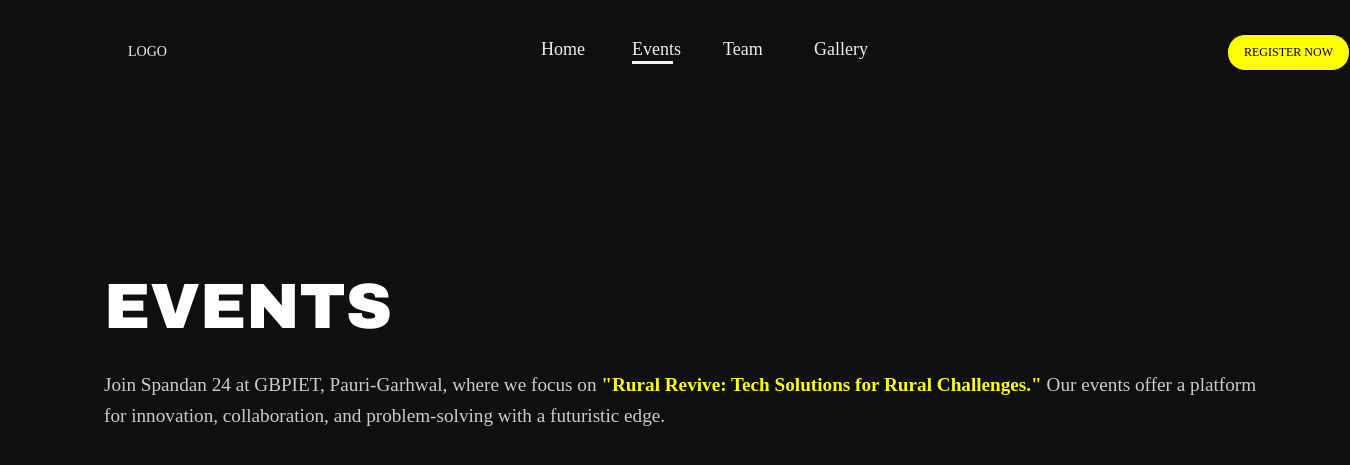
Repository: s4bbi/spandan-3.0
Page: /
The author's editor kept a copy of each file at every save. The page is drawn from the files as they stood at one save, then again after the next save.
The browser window is 1280 px wide. The page is 1350 px wide, so the pictures cover 1350 px, including what lies to the right of the window. The pictures show the whole page.
The project was rebuilt for these pictures with package versions that can differ from the ones it lists, and the page was loaded fresh each time. Also part of the build but not shown: vite.config.js, src/pages/Events/Events.jsx.

Above is the page before, as saved 2024-11-02 02:29:45.

### src/App.jsx
import React from 'react'
import Navbar from './components/Navbar/Navbar'
import { Route, Routes } from 'react-router-dom'
import Home from  './pages/Home/Home'
import Events from  './pages/Events/Events'


const App = () => {
  return (
    <div className='app'>
      <Navbar/>
      { <Routes>
        <Route path="/" element={<Home />} />
        <Route path="Events" element={<Events />} />
      </Routes> }
    </div>
  )
}

export default App

### src/components/Navbar/Navbar.jsx
import React, {useState} from 'react'
import './Navbar.css'
// import {assets} from'../../assets/assets'
const Navbar = () => {

  const [menu,setMenu] = useState("Events");
  return (
    <div className='navbar'>
        <h1 className="logo">LOGO</h1>
        <ul className="navbar-menu">
            <li onClick={()=>setMenu("Home")} className={menu=="Home"?"active":""}>Home</li>
            <li onClick={()=>setMenu("Events")} className={menu=="Events"?"active":""}>Events</li>
            <li onClick={()=>setMenu("Team")} className={menu=="Team"?"active":""}>Team</li>
            <li onClick={()=>setMenu("Gallery")} className={menu=="Gallery"?"active":""}>Gallery</li>
        </ul>


        <button>REGISTER NOW</button>
     </div>

  )
}

export default Navbar

### src/pages/Home/Home.jsx
import React from 'react'
import HeroSection from '../../components/HeroSection/HeroSection'

const Home = () => {
  return (
    <div>
      {<HeroSection/>}
    </div>
  )
}

export default Home

### src/components/Navbar/Navbar.css
.navbar{
    width: 1222px;
    height: 37px;
    margin-top: 34px;
    margin-left: 128px;
    border-radius: 20px 0px 0px 0px;
    display: flex;
    justify-content: space-between;
    align-items: center;
}

.logo{
    width: 41px;
    height: 17px;
    font-family: Gilroy-Light;
    font-size: 14px;
    font-weight: 400;
    line-height: 16.8px;
    text-align: left;
    color:#F0F0F0;
   }

.navbar-menu{
    display:flex;
    list-style:none;
    gap:50px;
    color:#F0F0F0;
    ;
   }

.navbar button{
    background:transparent;
    font-size: 12px;
    background-color:#FFFF00;
    font-family: Gilroy-SemiBold;
    border: 1px solid #010101;
    ;
    padding: 10px 16px 10px 16px;
    border-radius: 18px 18px 18px 18px;
    cursor: pointer;}
    /* transition: 0.3s; */
    /* width: Hug (132px)px; */
 /* height: Hug (37px)px;
top: 34px;
left: 1218px;
padding: 10px 16px 10px 16px;
} */

  .navbar button:hover{
    background-color:#FFFFFF;
    color: #e74c3c;
    }

  /* .navbar .active{
    padding-bottom: 3px;
    border-bottom: 3px solid #49557e;
}   */

.navbar .active {
    padding-bottom: 3px;
    border-bottom: 3px solid #F0F0F0;}
.navbar li{
    cursor: pointer;
    width: 41px;
    height: 17px;
    font-family: Gilroy-SemiBold;
    font-size: 18px;
    font-weight: 400;
    line-height: 17.15px;
    text-align: left;
}

### src/components/HeroSection/HeroSection.jsx
import React from 'react'
import "./HeroSection.css";
// import roboticHandImage from "../assets/eventsHand.webp";




const HeroSection = () => {
  return (
    <div>
      <section className="hero">
      <div className="hero-text">
        <h1 className="hero-title">EVENTS</h1>
        <p className="hero-description">
          Join Spandan 24 at GBPIET, Pauri-Garhwal, where we focus on <span className="highlight">"Rural Revive: Tech Solutions for Rural Challenges."</span> Our events offer a platform for innovation, collaboration, and problem-solving with a futuristic edge.
        </p>
      </div>
      {/* <img src={roboticHandImage} alt="Robotic Hand" className="hero-image" /> */}
    </section>
    </div>
  )
}

export default HeroSection

### src/components/HeroSection/HeroSection.css
.hero {
    display: flex;
    align-items: center;
    justify-content: space-between;
    /* padding-top: 50px;
    max-width: 1200px;
    margin: 192px; */
  }

  .hero-text {
    /* width: 50%; */
    color: white;
    padding-left: 104px;
  }

  .hero-title {
    width: 339px;
    height: 87px;
    padding-top: 192px;
    font-family: Mooner;
font-size: 72px;
font-weight: 400;
line-height: 87.19px;
text-align: left;

    font-size: 4em;
    margin: 0;
    font-family: 'Arial Black', sans-serif;
  }

  .hero-description {
    margin-top: 20px;
    font-size: 1.2em;
    line-height: 1.6;
    color: #ccc;
  }

  .highlight {
    color: yellow;
    font-weight: bold;
  }

  .hero-image {
    width: 45%;
    max-width: 500px;
    height: auto;
  }

### public/style.css
*{
    margin:0px;
    padding:0px;
}

body{
    background-color: #0f0f0f;
}

Loaded but not shown: index.html (common file); src/main.jsx (common file); src/pages/Events/Events.css (no stored copy; drawn as an empty file)

After the next save:
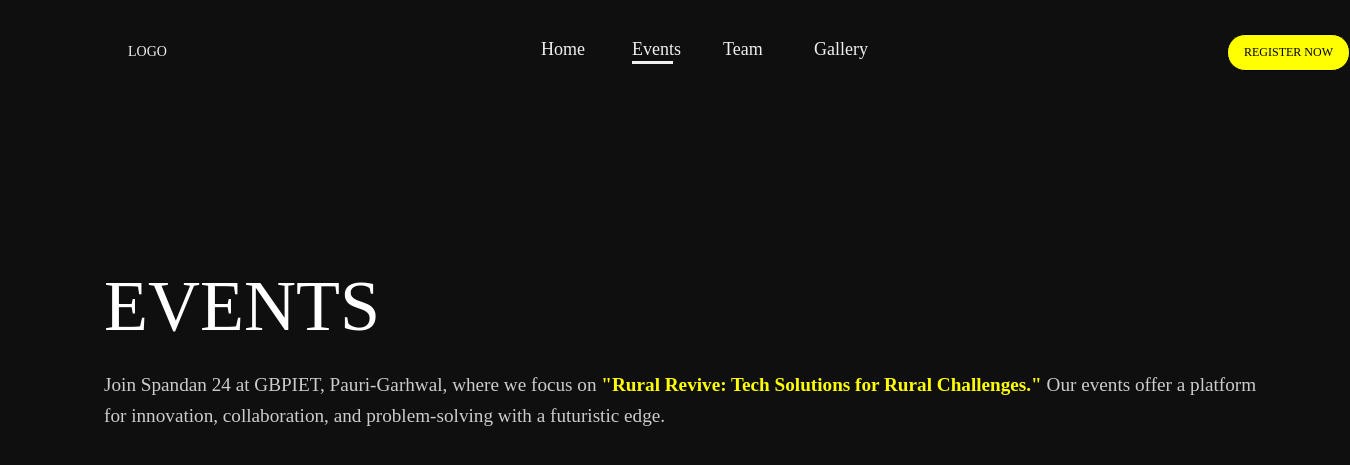
Saved 6 s later.
--- a/src/components/HeroSection/HeroSection.css
+++ b/src/components/HeroSection/HeroSection.css
@@ -23,9 +23,7 @@
 line-height: 87.19px;
 text-align: left;
 
-    font-size: 4em;
-    margin: 0;
-    font-family: 'Arial Black', sans-serif;
+
   }
 
   .hero-description {
